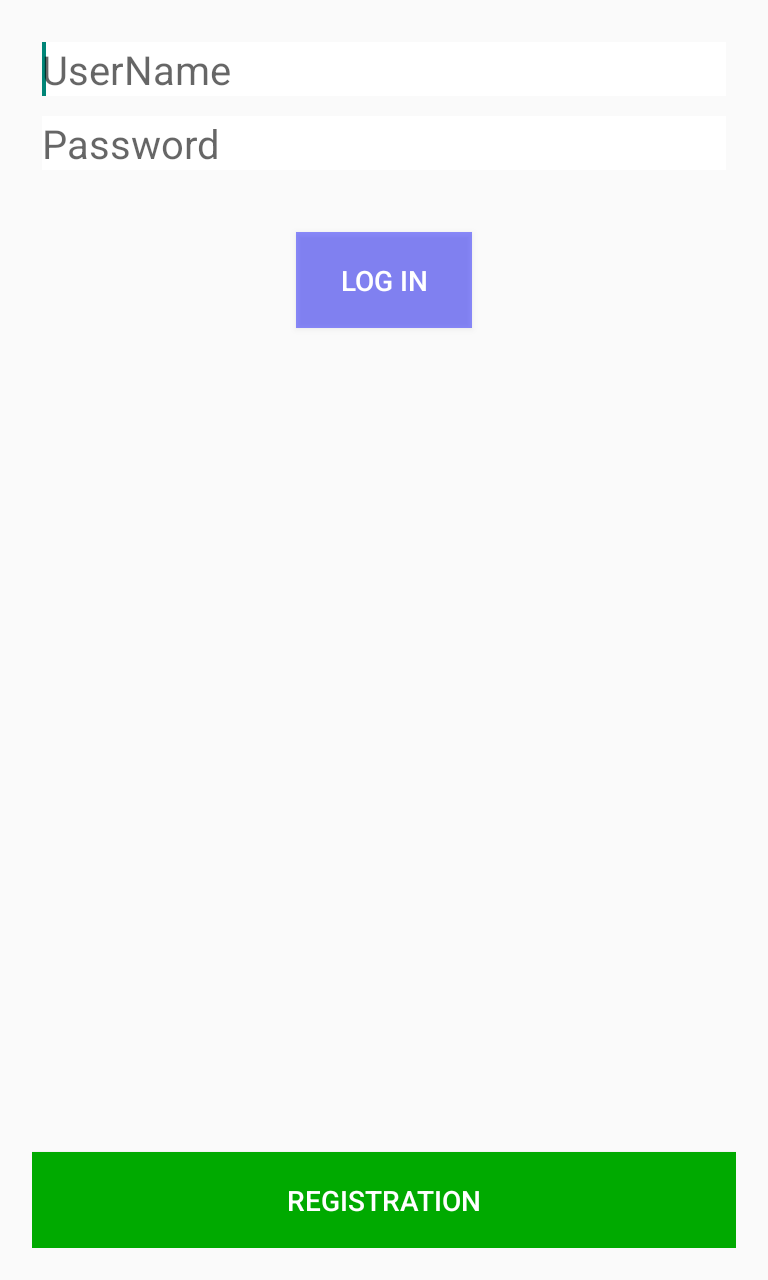
Repository: HarithaAmmuHari/Database
Layout: Database/res/layout/activity_login.xml
These files come from the project's save history. The layout is drawn as it stood at one moment and after the next save; the edit follows.
It is drawn on a 768 x 1280 px phone screen (xhdpi) without system bars, with theme AppTheme; the app's code is not run.

Above is the layout before, as saved 2015-05-12 05:37:27.

### Database/res/layout/activity_login.xml
<RelativeLayout xmlns:android="http://schemas.android.com/apk/res/android"
    xmlns:tools="http://schemas.android.com/tools"
    android:layout_width="match_parent"
    android:layout_height="match_parent"
    android:paddingBottom="@dimen/activity_vertical_margin"
    android:paddingLeft="@dimen/activity_horizontal_margin"
    android:paddingRight="@dimen/activity_horizontal_margin"
    android:paddingTop="@dimen/activity_vertical_margin"
    tools:context="com.example.database.LoginActivity" >

    <EditText
        android:id="@+id/editUser"
        android:layout_width="match_parent"
        android:layout_height="wrap_content"
        android:layout_margin="5dp"
        android:background="#fff"
        android:ems="10"
        android:hint="UserName"
        android:inputType="textEmailAddress"
        android:textSize="20sp" >

        <requestFocus />
    </EditText>

    <EditText
        android:id="@+id/editPass"
        android:layout_width="match_parent"
        android:layout_height="wrap_content"
        android:layout_below="@+id/editUser"
        android:layout_margin="5dp"
        android:background="#fff"
        android:ems="10"
        android:hint="Password"
        android:inputType="textPassword"
        android:textSize="20sp" />

    <Button
        android:id="@+id/button2"
        android:layout_width="match_parent"
        android:layout_height="wrap_content"
        android:layout_alignParentBottom="true"
        android:background="#00aa00"
        android:text="Registration"
        android:textColor="#ffffff"
        android:onClick="registerNewUser"/>

    <Button
        android:id="@+id/button1"
        android:layout_below="@+id/editPass"
        android:layout_width="wrap_content"
        android:layout_height="wrap_content"
        android:layout_centerHorizontal="true"
        android:layout_marginTop="26dp"
        android:background="#700000ff"
        android:text="Log in"
        android:onClick="loginUser"
        android:textColor="#ffffff" />

</RelativeLayout>

Loaded but not shown: Database/res/values/styles.xml (common file); Database/res/values-v11/styles.xml (common file); Database/res/values-v14/styles.xml (common file); Database/res/values/dimens.xml (common file); Database/res/values-w820dp/dimens.xml (common file)

After the next save:
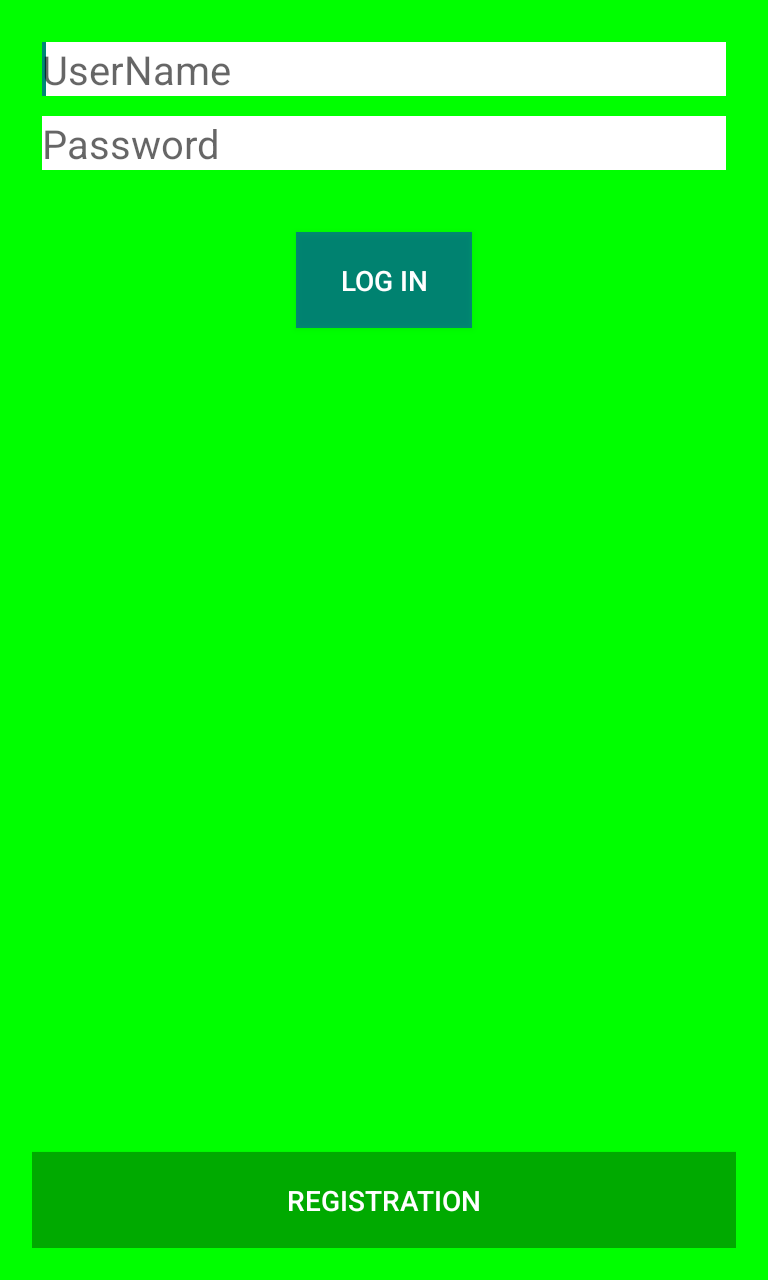
Saved 13 min 2 s later.
--- a/Database/res/layout/activity_login.xml
+++ b/Database/res/layout/activity_login.xml
@@ -6,7 +6,8 @@
     android:paddingLeft="@dimen/activity_horizontal_margin"
     android:paddingRight="@dimen/activity_horizontal_margin"
     android:paddingTop="@dimen/activity_vertical_margin"
-    tools:context="com.example.database.LoginActivity" >
+    tools:context="com.example.database.LoginActivity"
+    android:background="#00ff00">
 
     <EditText
         android:id="@+id/editUser"
